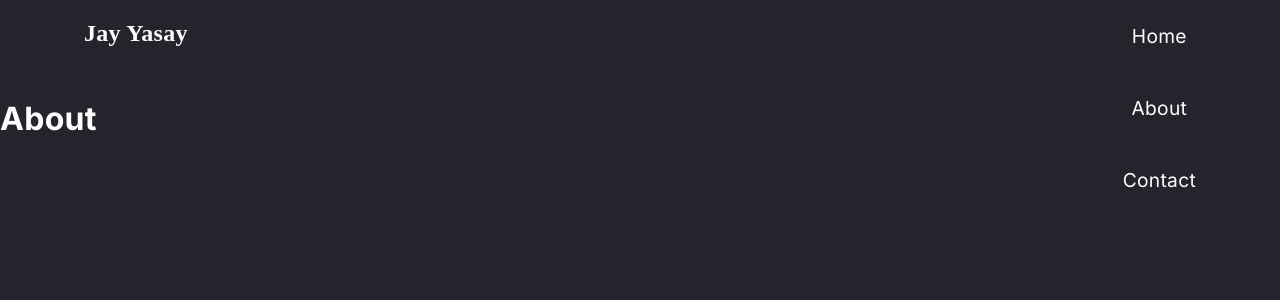
Repository: jayyasay/portfolio
Page: /about
The author's editor kept a copy of each file at every save. The page is drawn from the files as they stood at one save, then again after the next save.
The browser window is 1280 px wide. The pictures show the whole page.
Some web fonts or font styles are not loaded; a fallback is used. The project was rebuilt for these pictures with package versions that can differ from the ones it lists, and the page was loaded fresh each time. Also part of the build but not shown: src/App.css, src/pages/Home.js.

Above is the page before, as saved 2023-09-19 17:21:24.

After the next save:
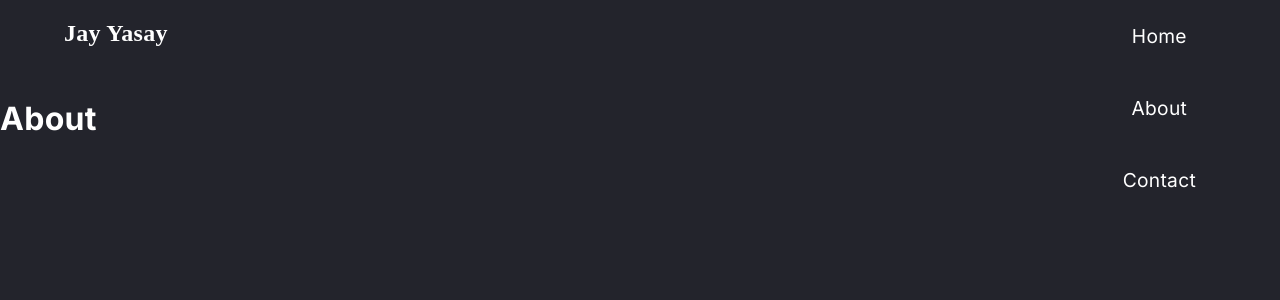
Saved 33 s later.
--- a/src/components/Navigation.js
+++ b/src/components/Navigation.js
@@ -1,10 +1,6 @@
 import React, { useState } from "react";
 import styled from "styled-components";
 import { Link } from "react-router-dom";
-
-const Heading = styled.h1`
-  padding-left: 20px;
-`;
 
 const Nav = styled.nav`
   background-color: #23242c;
@@ -87,7 +83,7 @@
   return (
     <Nav>
       <Wrapper>
-        <Heading>Jay Yasay</Heading>
+        <h1>Jay Yasay</h1>
         <BurgerIcon onClick={() => setIsOpen(!isOpen)}>☰</BurgerIcon>
         <NavItems open={isOpen}>
           <StyledLink to="/" onClick={() => setIsOpen(!isOpen)}>
